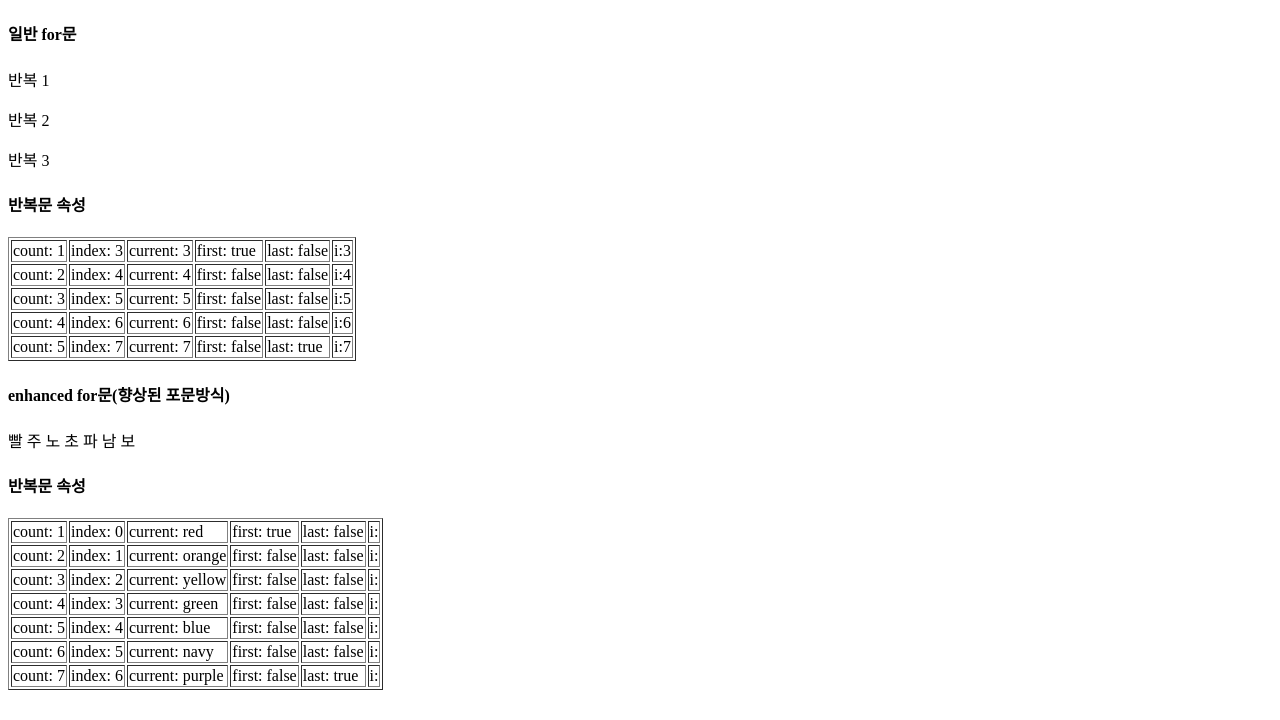
Repository: parkho96/testnum2
Page: http://localhost/jspstudy/11JSTL/ForEach.jsp
An editor plug-in stored every save of this project. The page is shown before and after the next save, followed by the edit.
The browser window is 1280 px wide. The pictures show the whole page.
The page is served by Tomcat 9.

Above is the page before, as saved 2023-04-10 04:03:03.

After the next save:
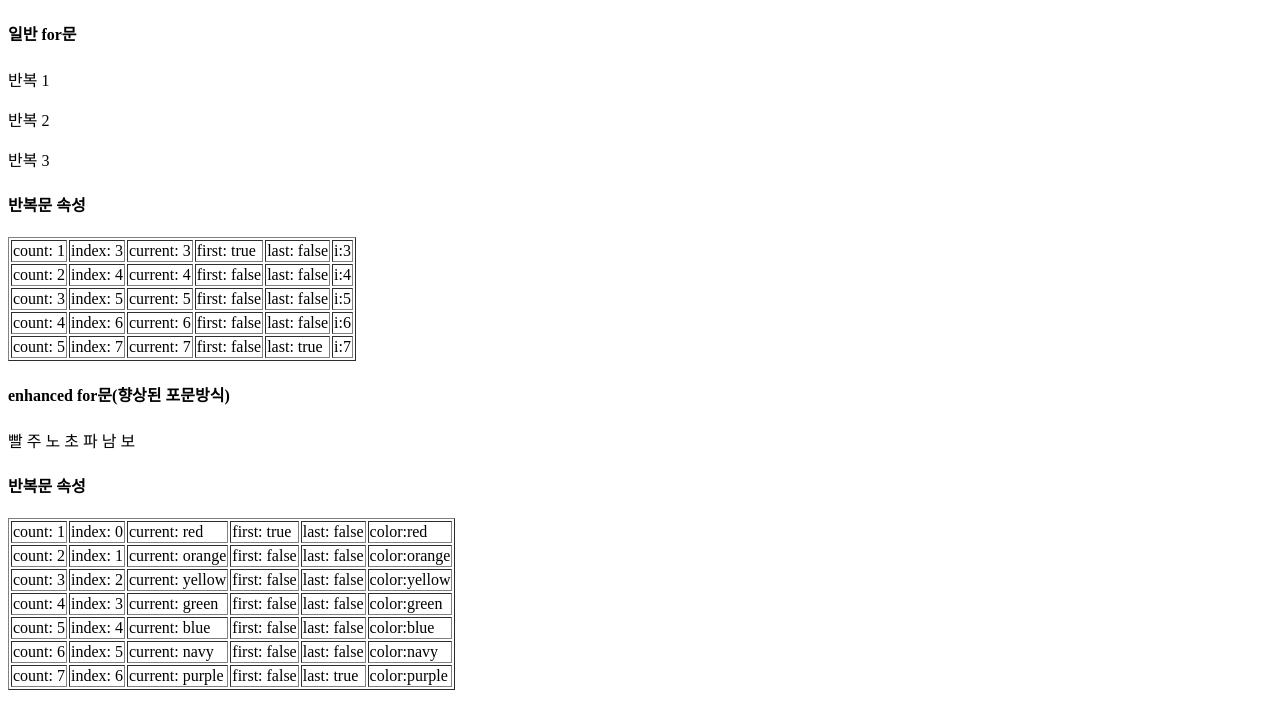
Saved 17 s later.
--- a/workjsp/jspstudy/src/main/webapp/11JSTL/ForEach.jsp
+++ b/workjsp/jspstudy/src/main/webapp/11JSTL/ForEach.jsp
@@ -62,7 +62,7 @@
 			<td>current: ${loop.current}</td>
 			<td>first: ${loop.first}</td>
 			<td>last: ${loop.last}</td>
-			<td>i:${i}</td>
+			<td>color:${color}</td>
 		</tr>
 	</c:forEach>
 	</table>
